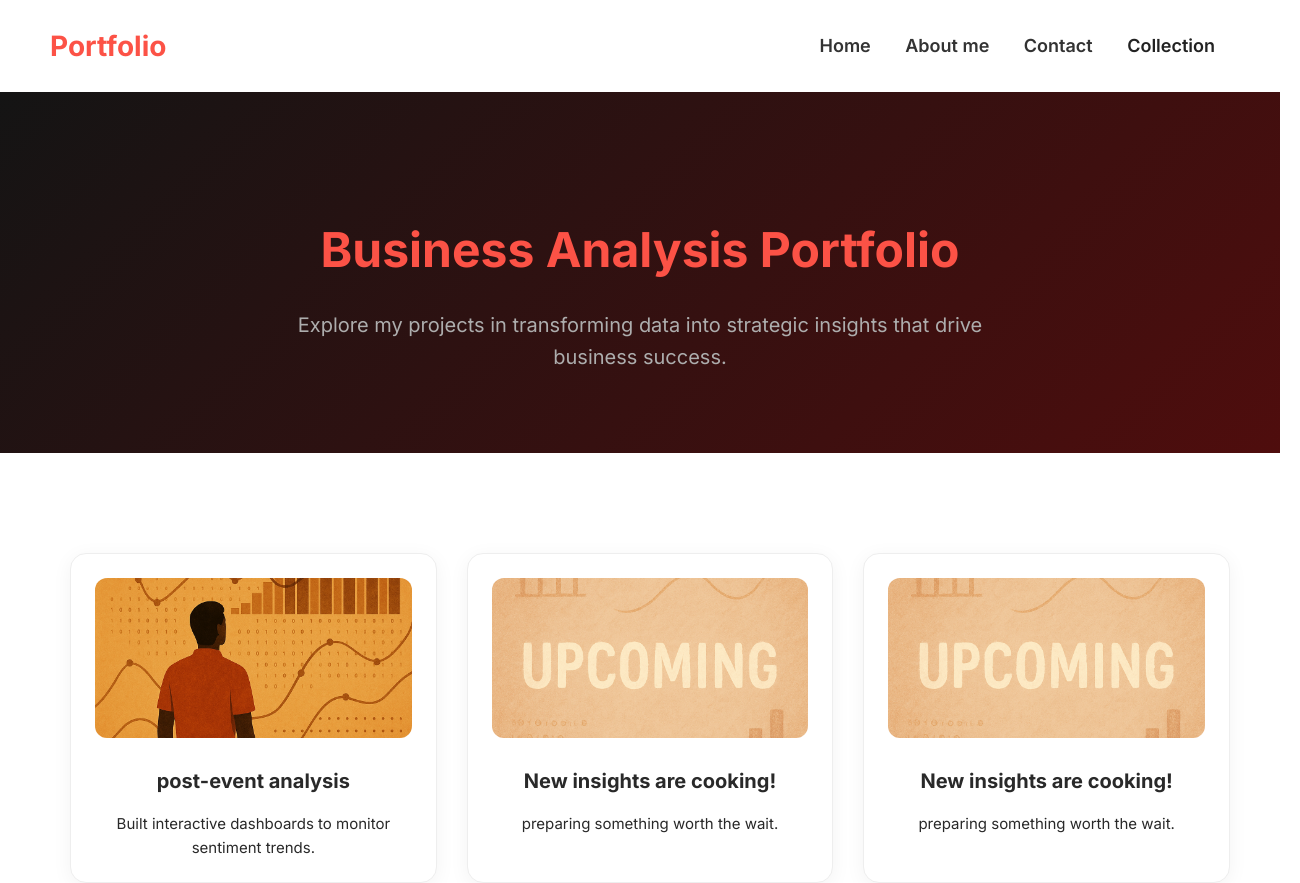
Repository: Wipas1919/Archive-portfolio
Page: projects/business-analysis.html
These files come from the project's save history. The page is drawn as it stood at one moment and after the next save; the edit follows.
The browser window is 1280 px wide. The page is 1300 px wide, so the pictures cover 1300 px, including what lies to the right of the window. The pictures show the whole page.

Above is the page before, as saved 2025-06-03 08:26:14.

After the next save:
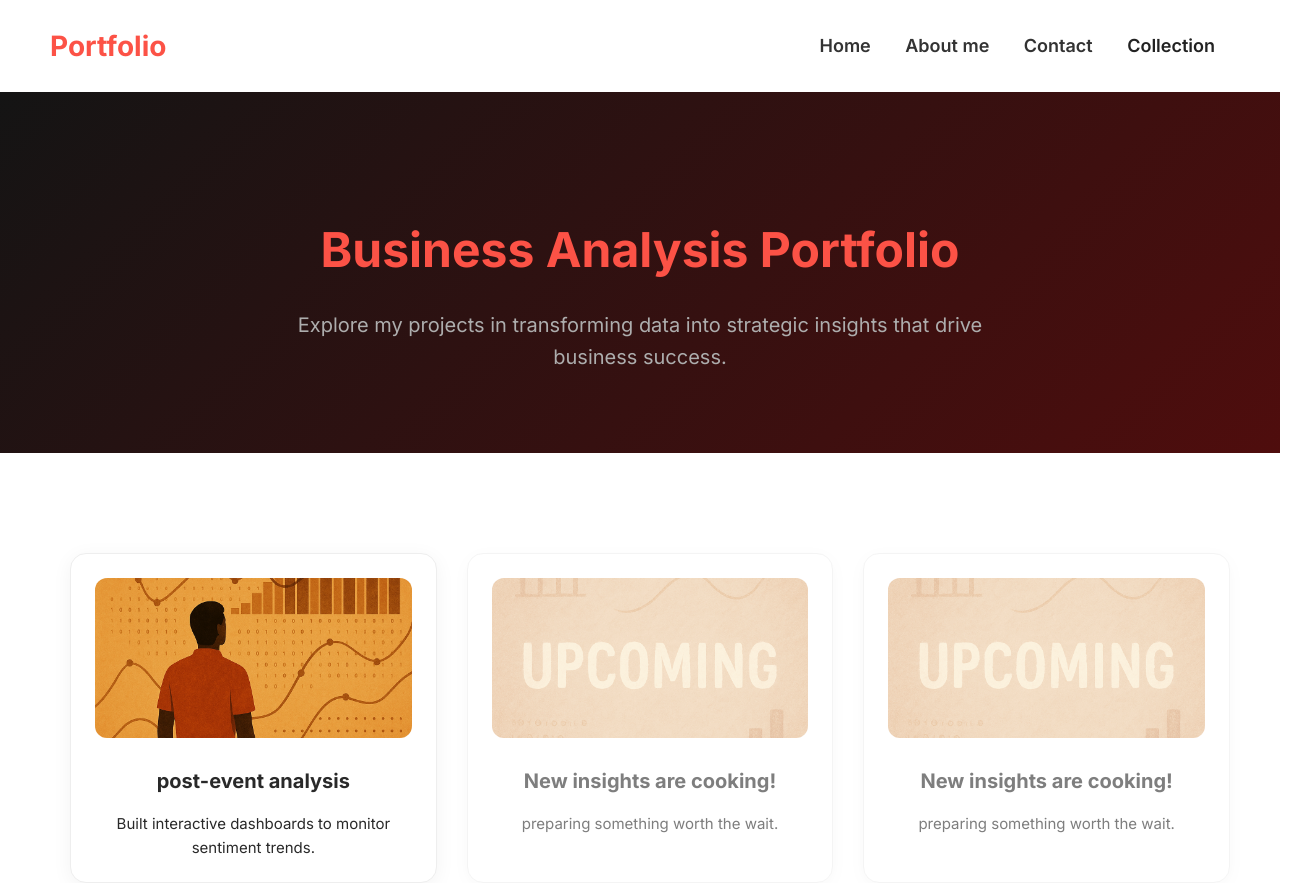
Saved 3 min 1 s later.
--- a/data/projects.json
+++ b/data/projects.json
@@ -49,13 +49,15 @@
         "title": "New insights are cooking!",
         "slug": "campaign-performance-analysis",
         "description": "preparing something worth the wait.",
-        "image": "/images/upcoming-cover.png"
+        "image": "/images/upcoming-cover.png",
+        "disabled": true
       },
       {
         "title": "New insights are cooking!",
         "slug": "operational-kpi-tracking",
         "description": "preparing something worth the wait.",
-        "image": "/images/upcoming-cover.png"
+        "image": "/images/upcoming-cover.png",
+        "disabled": true
       }
     ]
   },
@@ -101,7 +103,8 @@
         "title": "New insights are cooking!",
         "description": "preparing something worth the wait.",
         "image": "/images/upcoming-cover.png",
-        "slug": "decision-intelligence-system"
+        "slug": "decision-intelligence-system",
+        "disabled": true
       }
     ]
   },
@@ -124,7 +127,8 @@
         "title": "New insights are cooking!",
         "description": "preparing something worth the wait.",
         "image": "/images/upcoming-cover.png",
-        "slug": "customer-feedback-hub"
+        "slug": "customer-feedback-hub",
+        "disabled": true
       }
     ]
   },
@@ -135,19 +139,22 @@
       "title": "New Certificate are cooking!",
       "description": "preparing something worth the wait.",
       "image": "/images/upcoming-cover.png",
-      "slug": "gcp-certification"
+      "slug": "gcp-certification",
+      "disabled": true
     },
     {
       "title": "New Certificate are cooking!",
       "description": "preparing something worth the wait.",
       "image": "/images/upcoming-cover.png",
-      "slug": "aws-certification"
+      "slug": "aws-certification",
+      "disabled": true
     },
     {
       "title": "New Certificate are cooking!",
       "description": "preparing something worth the wait.",
       "image": "/images/upcoming-cover.png",
-      "slug": "azure-certification"
+      "slug": "azure-certification",
+      "disabled": true
     }
   ]
 }
